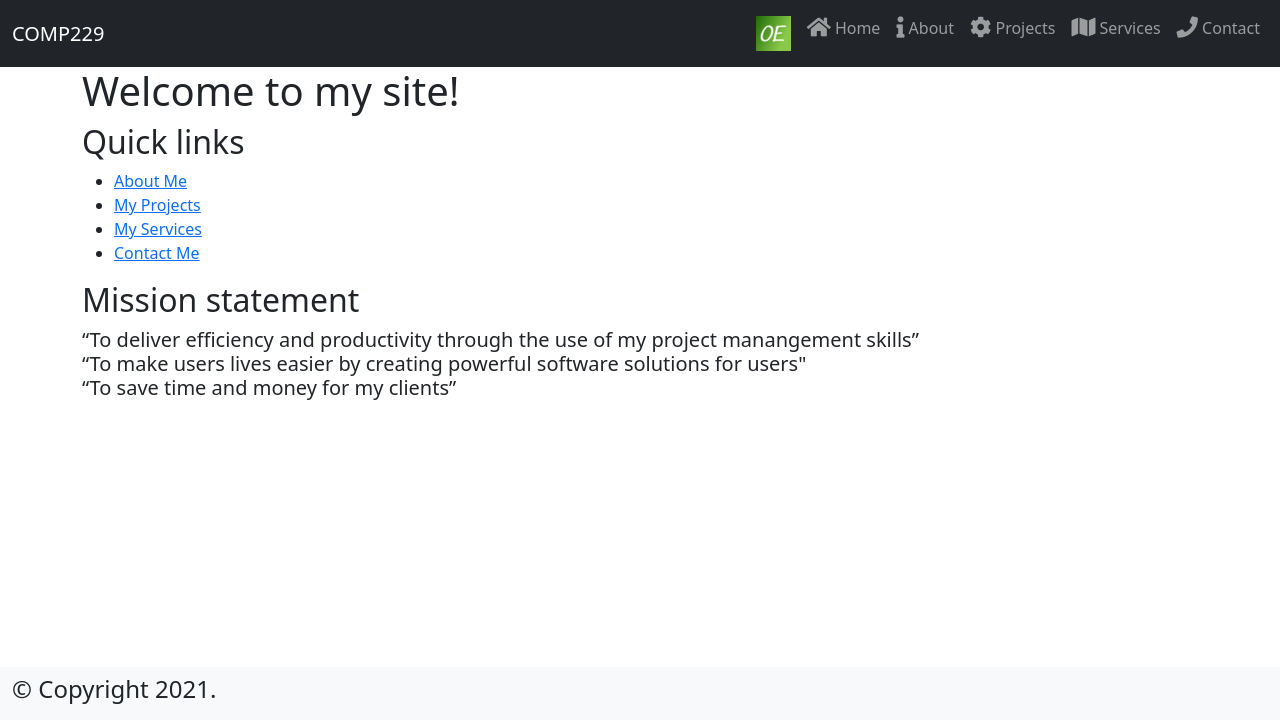
Repository: ofovweewere/Career-Portfolio
Page: http://localhost/home
These files come from the project's save history. The page is drawn as it stood at one moment and after the next save; the edit follows.
The browser window is 1280 px wide. The pictures show the whole page.
The page is served by the project's Node server (index.js).

Above is the page before, as saved 2022-04-14 02:40:12.

After the next save:
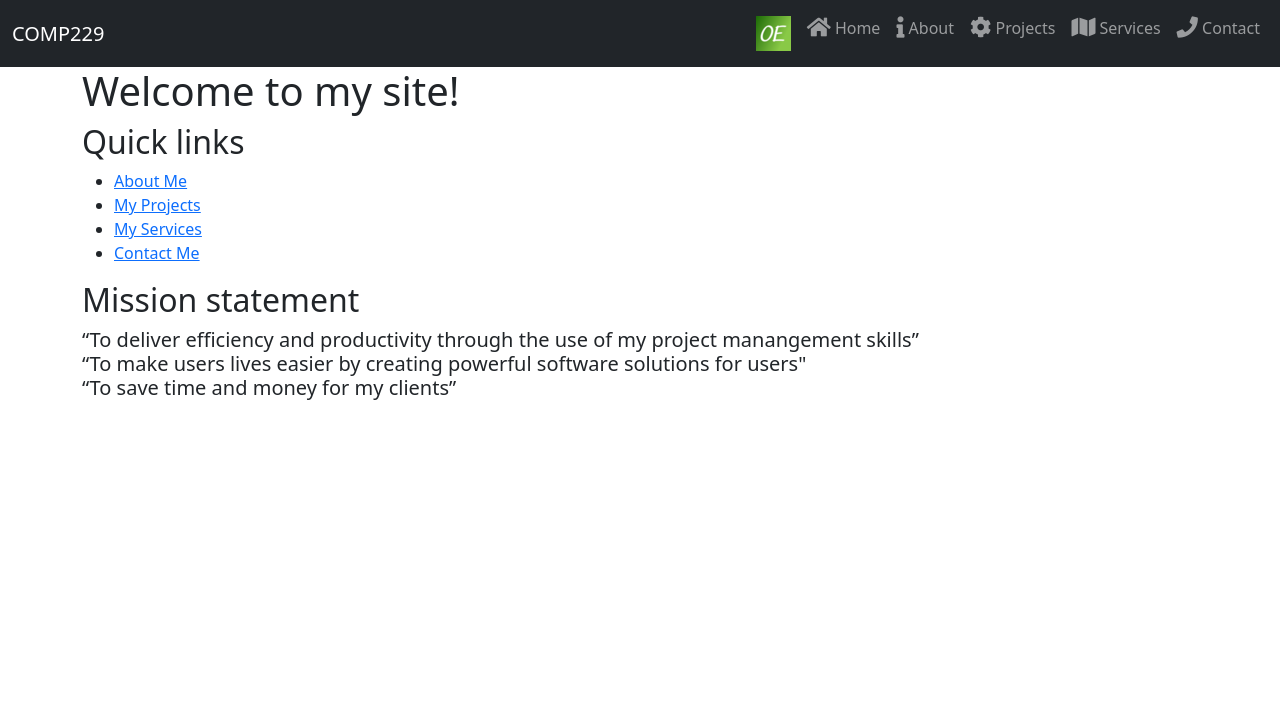
Saved 2 min 41 s later.
--- a/Server/Views/index.ejs
+++ b/Server/Views/index.ejs
@@ -26,10 +26,6 @@
     <%- include('./content/' +page +'.ejs') %>
   </main>
 
-  <!--Bottom Nav-->
-  <footer>
-    <%- include('./components/footer.ejs') %>
-  </footer>
 
   <!--Javascript Section-->
   <script src="/jquery/dist/jquery.min.js"></script>

After the 2 saves that followed:
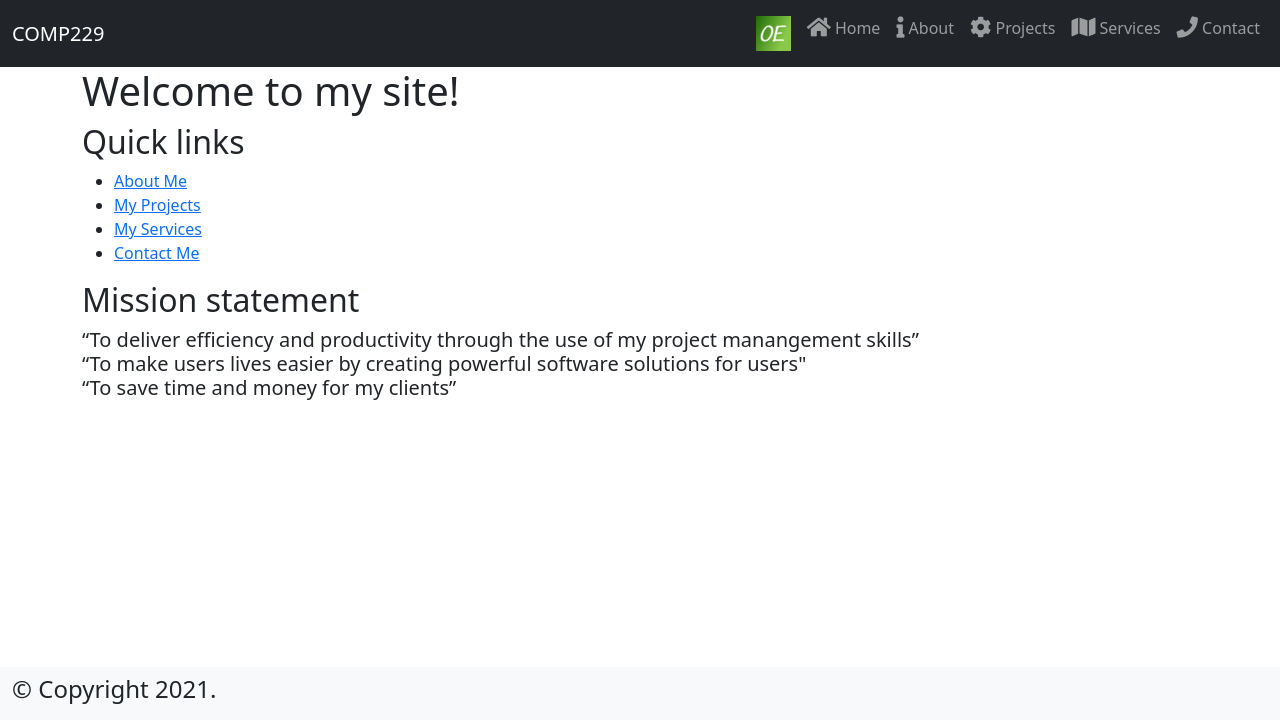
The 2 saves are shown as one change because 1 left the picture as it was.
The last was saved 5 min 18 s later.
--- a/Server/Views/index.ejs
+++ b/Server/Views/index.ejs
@@ -22,10 +22,14 @@
   </header>
 
   <!--Main content-->
-  <main>
+  <body>
     <%- include('./content/' +page +'.ejs') %>
-  </main>
+  </body>
 
+  <!--Bottom Nav-->
+  <footer>
+    <%- include('./components/footer.ejs') %>
+  </footer>
 
   <!--Javascript Section-->
   <script src="/jquery/dist/jquery.min.js"></script>
